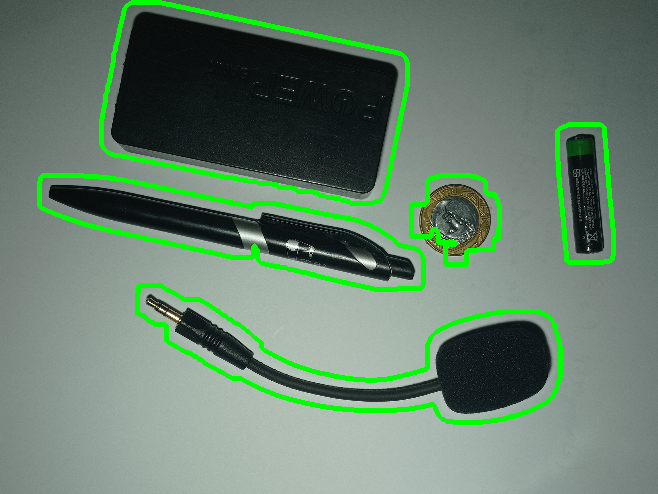
Repository: kaiofbgarcia/OpenCV
Script's output: python newCoin.py
The author's editor kept a copy of each file at every save. The script's output is drawn from the files as they stood at one save, then again after a run of saves.
Random numbers start from a fixed seed. It also reads img/img1.jpg.

Above is the script's output before, as saved 2022-06-28 19:17:12.

### newCoin.py
import cv2
from cv2 import THRESH_BINARY
import numpy as np
from numpy import binary_repr

imagem = cv2.imread("img/img1.jpg")          # Carregar a imagem
res = cv2.resize(imagem, dsize=( 658, 494), interpolation=cv2.INTER_CUBIC) # Redimensionar Img ################
gray = cv2.cvtColor(res, cv2.COLOR_BGR2GRAY)     # GrayScale
blur = cv2.blur(gray,(3,3))                       # Blur ###############

ret,binary = cv2.threshold(blur , 65 ,255, cv2.THRESH_BINARY)         # Binarização ################
ret1,binary1 = cv2.threshold(binary,127,255,cv2.THRESH_BINARY_INV)   # Inverter a Binarização


kernel = np.ones((5,5), np.uint8)
dilation = cv2.dilate(binary1, kernel, iterations=5)   # Dilatar ####################

contours, hierarchy = cv2.findContours(dilation, cv2.RETR_TREE, cv2.CHAIN_APPROX_SIMPLE) # Procura os Objetos
cont = len(contours)                                                                     # Conta os Objetos
cv2.drawContours(res, contours, -1, (0,255,0), 3)

print("Numero de Objetos Encontrados: ",cont)

cv2.imshow("Dilatation", res)


cv2.waitKey(0)

After the next 2 saves:
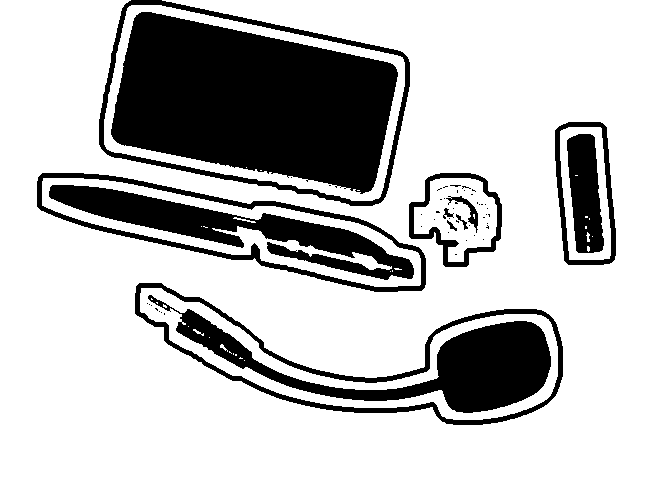
The 2 saves are shown as one change because they came seconds apart.
The last was saved 27 s later.
--- a/newCoin.py
+++ b/newCoin.py
@@ -17,11 +17,11 @@
 
 contours, hierarchy = cv2.findContours(dilation, cv2.RETR_TREE, cv2.CHAIN_APPROX_SIMPLE) # Procura os Objetos
 cont = len(contours)                                                                     # Conta os Objetos
-cv2.drawContours(res, contours, -1, (0,255,0), 3)
+cv2.drawContours(binary, contours, -1, (0,255,0), 3)
 
 print("Numero de Objetos Encontrados: ",cont)
 
-cv2.imshow("Dilatation", res)
+cv2.imshow("Dilatation", binary)
 
 
 cv2.waitKey(0)
